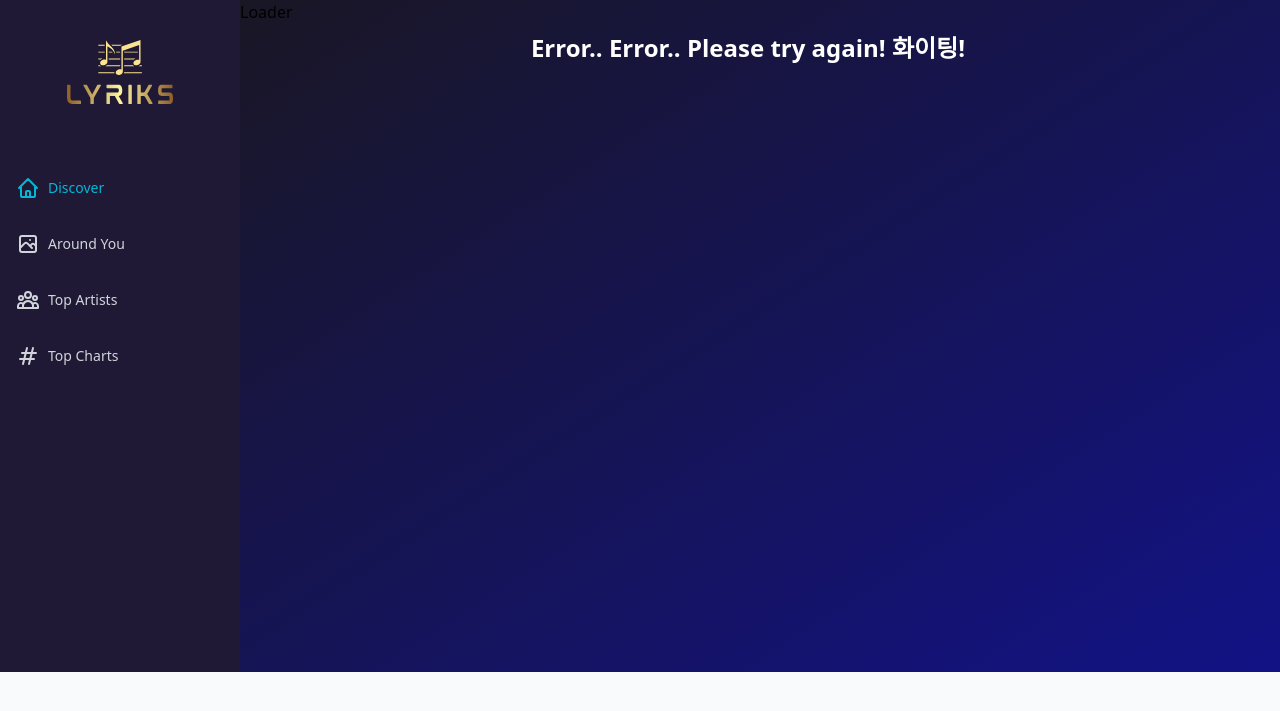
Repository: tessa5/spotify_clone
Page: /
An editor plug-in stored every save of this project. The page is shown before and after a run of saves, followed by the edit.
The browser window is 1280 px wide. The pictures show the whole page.
The page's requests for data from a server got no answer. The project was rebuilt for these pictures with package versions that can differ from the ones it lists, and the page was loaded fresh each time. No one was signed in, and anything a server would have sent is missing. Also part of the build but not shown: vite.config.js, src/components/PlayPause.jsx, src/components/SongCard.jsx, src/components/ArtistCard.jsx, src/components/DetailsHeader.jsx, src/components/SongBar.jsx, src/components/RelatedSongs.jsx, src/components/MusicPlayer/Controls.jsx and 11 more.

Above is the page before, as saved 2022-10-06 15:26:04.

After the next 2 saves:
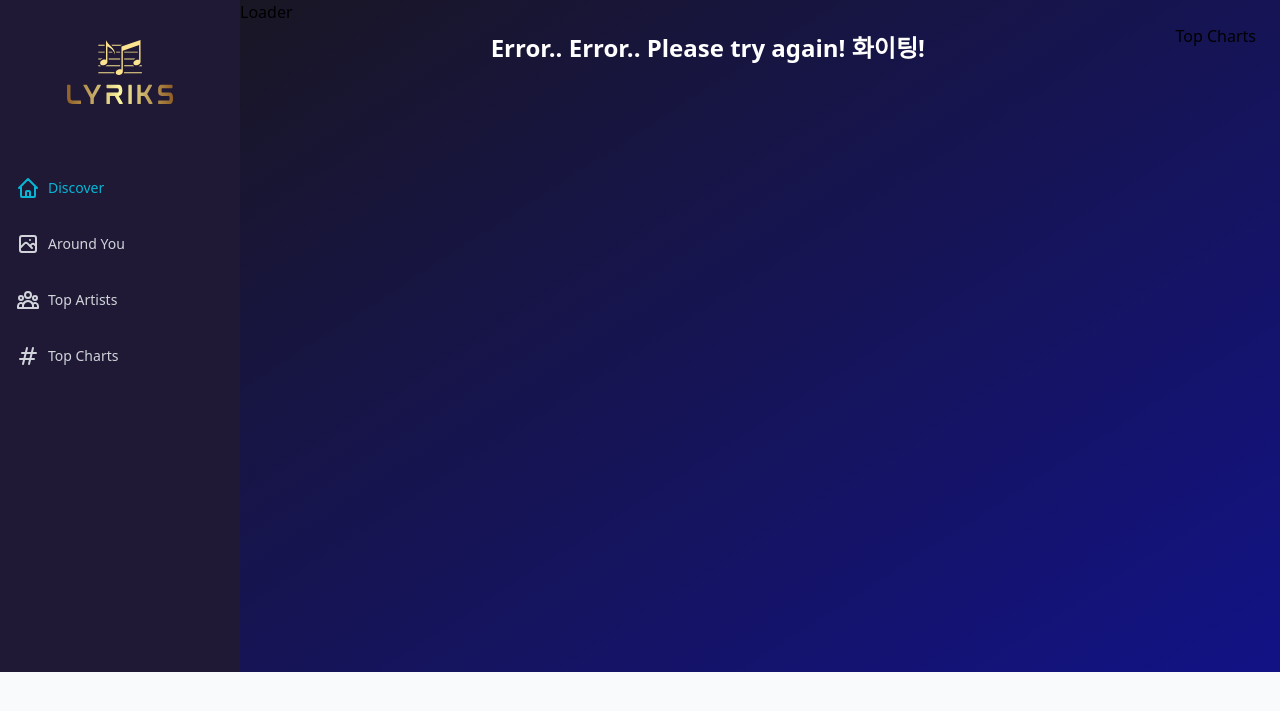
The 2 saves are shown as one change because they came seconds apart.
The last was saved 10 s later.
--- a/src/components/TopPlay.jsx
+++ b/src/components/TopPlay.jsx
@@ -35,7 +35,7 @@ const TopPlay = () => {
     <div ref={divRef} className="xl:ml-6 ml-0 xl:mb-0 mb-6 flex-1 xl:max-w-[500px] max-w-full flex flex-col">
       <div className="w-full flex flex-col">
         <div className="flex flex-row justify-between items-center">
-          <h2></h2>
+          <h2>Top Charts</h2>
         </div>
       </div>
     </div>
